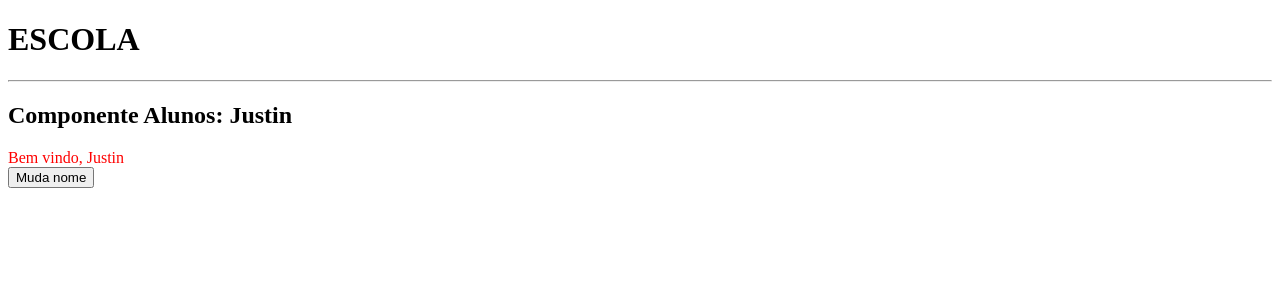
Repository: joaoaspimienta/estudos-de-context-api
Page: /
An editor plug-in stored every save of this project. The page is shown before and after a run of saves, followed by the edit.
The browser window is 1280 px wide. The pictures show the whole page.
The project was rebuilt for these pictures with package versions that can differ from the ones it lists, and the page was loaded fresh each time.

Above is the page before, as saved 2022-06-19 19:35:17.

After the next 2 saves:
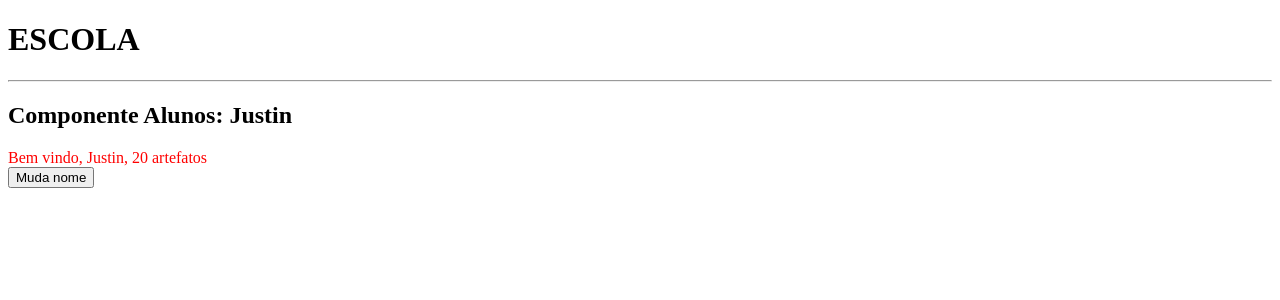
The 2 saves are shown as one change because 1 did not build or start.
The last was saved 33 s later.
--- a/src/components/Nome/index.js
+++ b/src/components/Nome/index.js
@@ -2,11 +2,13 @@ import { useContext } from "react";
 import { UserContext } from "../../contexts/user";
 
 function Nome() {
-  const { alunos, setAlunos } = useContext(UserContext);
+  const { alunos, setAlunos, qtdArtefatos } = useContext(UserContext);
 
   return (
     <div>
-      <span style={{ color: "#FF0000" }}>Bem vindo, {alunos}</span>
+      <span style={{ color: "#FF0000" }}>
+        Bem vindo, {alunos}, {qtdArtefatos} artefatos
+      </span>
       <br />
       <button onClick={() => setAlunos("Mullen")}>Muda nome</button>
     </div>
